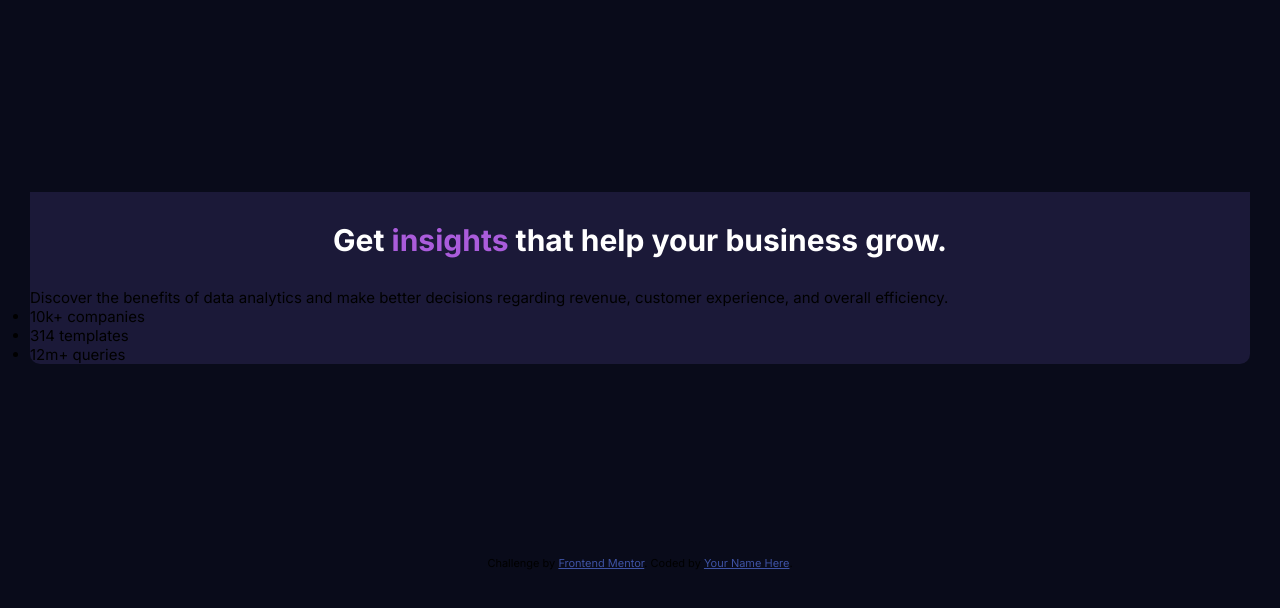
Repository: DejV44/stats-preview-card-component-main
Page: index.html
The author's editor kept a copy of each file at every save. The page is drawn from the files as they stood at one save, then again after the next save.
The browser window is 1280 px wide. The pictures show the whole page.
The style sheet was rebuilt from its Sass, Less or Tailwind sources for each picture, by a compiler version that may differ from the author's.

Above is the page before, as saved 2021-07-05 08:45:26.

After the next save:
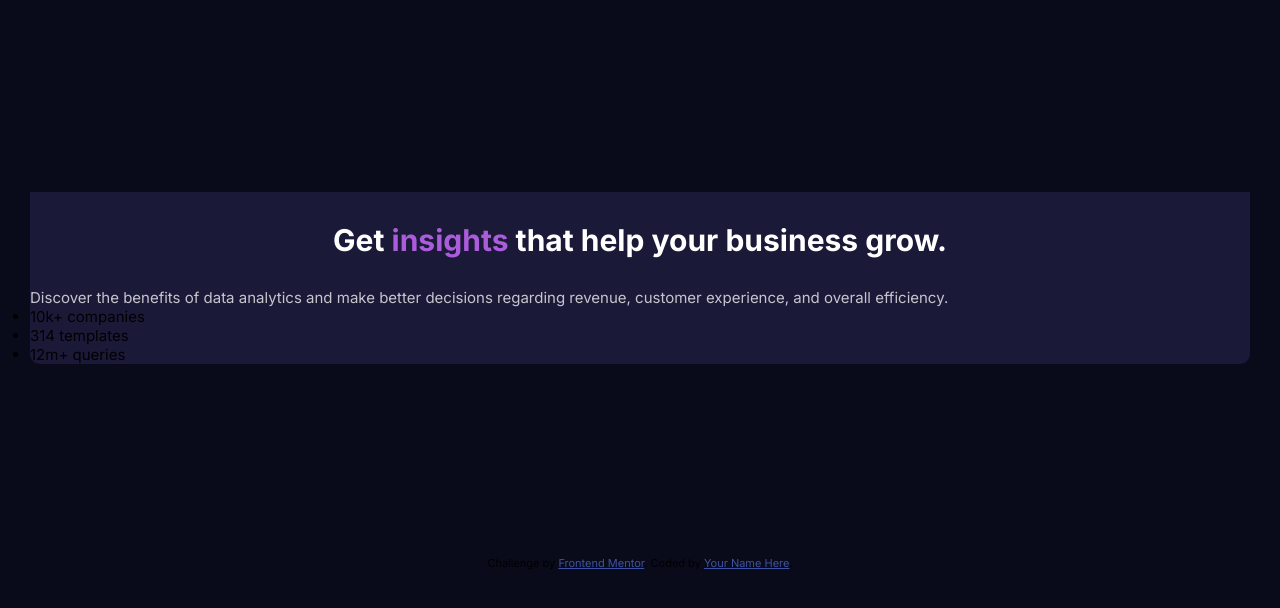
Saved 63 s later.
--- a/css/style.scss
+++ b/css/style.scss
@@ -46,6 +46,9 @@ body {
                 color: $accent;
             }
         }
+        p {
+          color: $mainParagraph;
+        }
     }
   }
 
